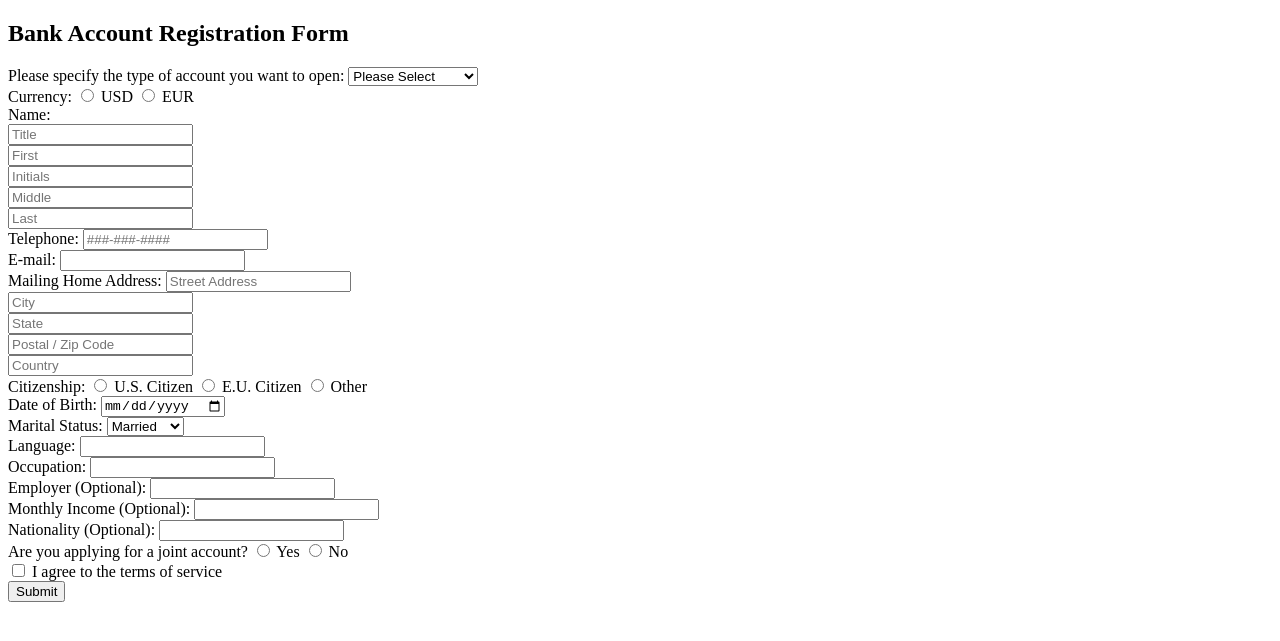
Repository: hizeetech/First-Assignment
Page: sign_up.html
These files come from the project's save history. The page is drawn as it stood at one moment and after the next save; the edit follows.
The browser window is 1280 px wide. The pictures show the whole page.

Above is the page before, as saved 2024-11-09 02:16:43.

After the next save:
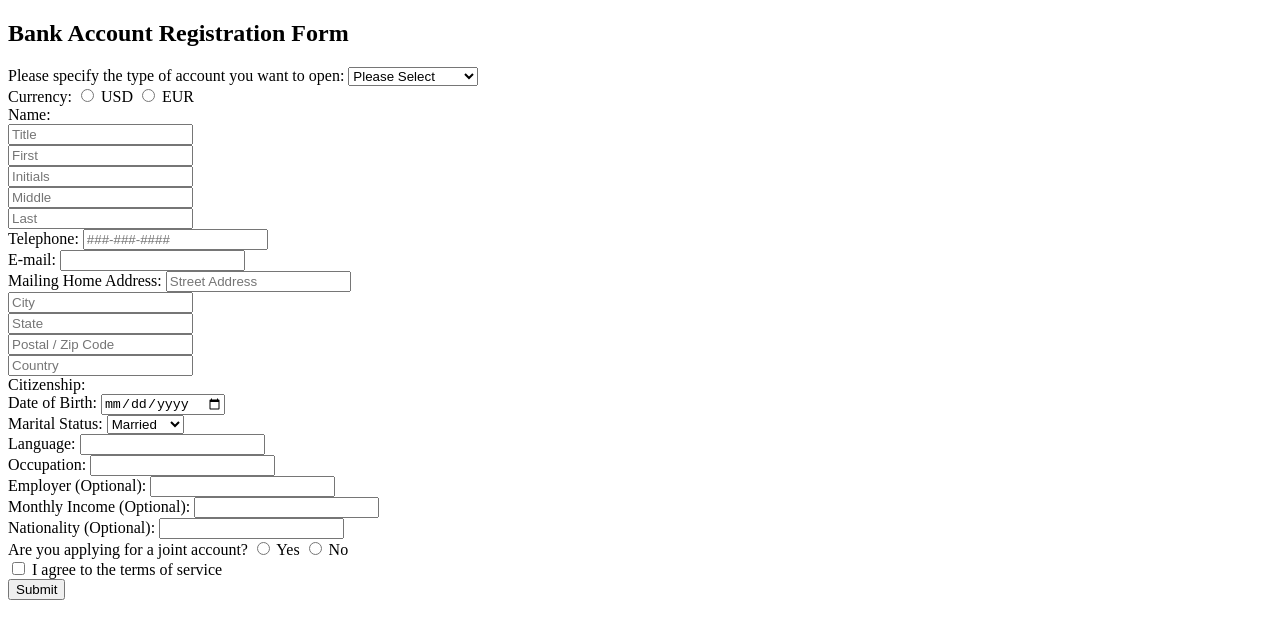
Saved 2 min 19 s later.
--- a/sign_up.html
+++ b/sign_up.html
@@ -57,9 +57,7 @@
 
         <div>
             <label>Citizenship:</label>
-            <label><input type="radio" name="citizenship" value="US" required> U.S. Citizen</label>
-            <label><input type="radio" name="citizenship" value="EU"> E.U. Citizen</label>
-            <label><input type="radio" name="citizenship" value="other"> Other</label>
+
         </div>
 
         <div>
